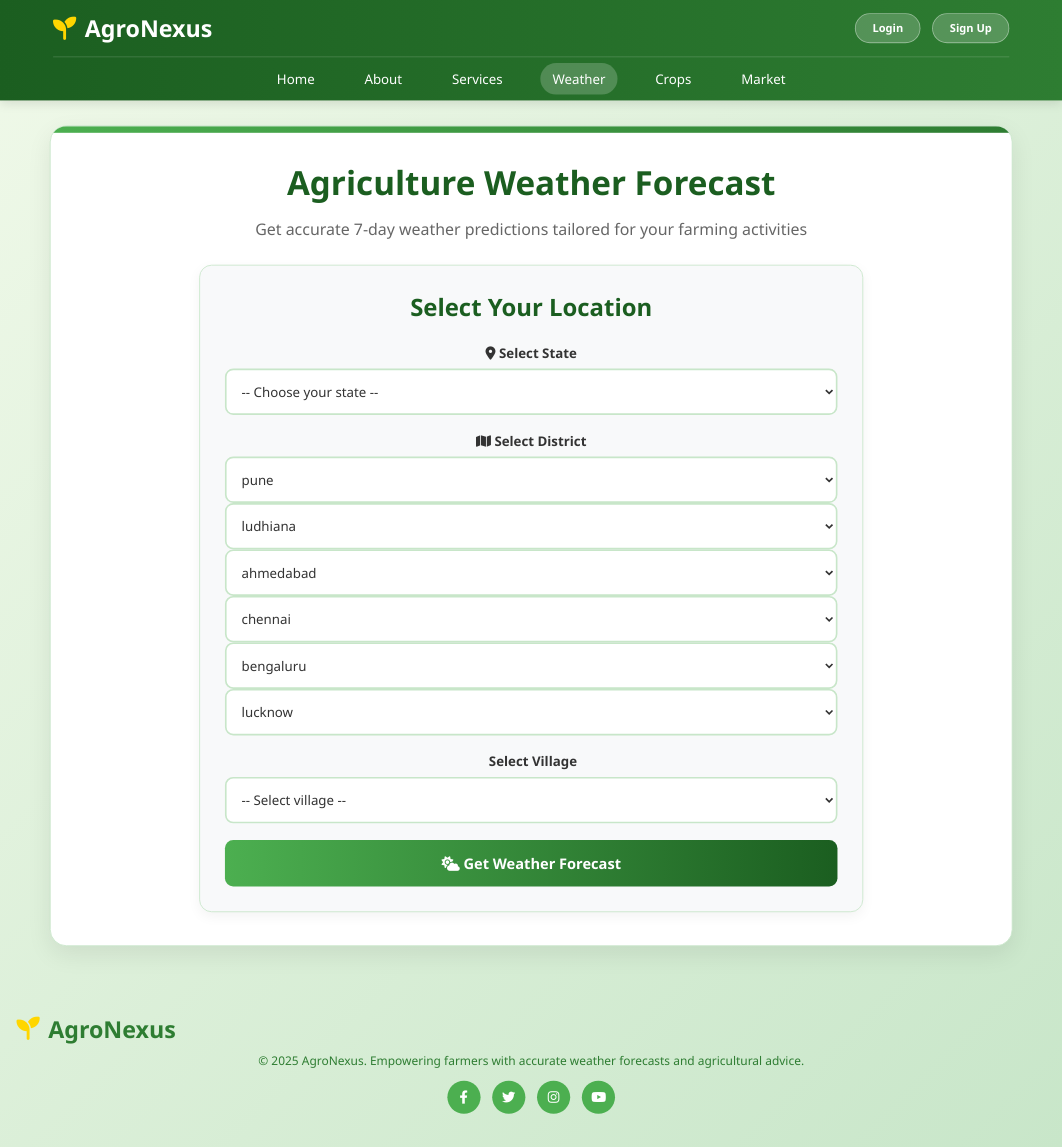
Repository: Sanika-ce/AgroNexus
Page: wheather.html
The author's editor kept a copy of each file at every save. The page is drawn from the files as they stood at one save, then again after the next save.
The browser window is 1280 px wide. The pictures show the whole page, at 83% of full size.

Above is the page before, as saved 2025-08-02 18:03:18.
Console error: TypeError: Cannot read properties of null (reading 'addEventListener')

After the next save:
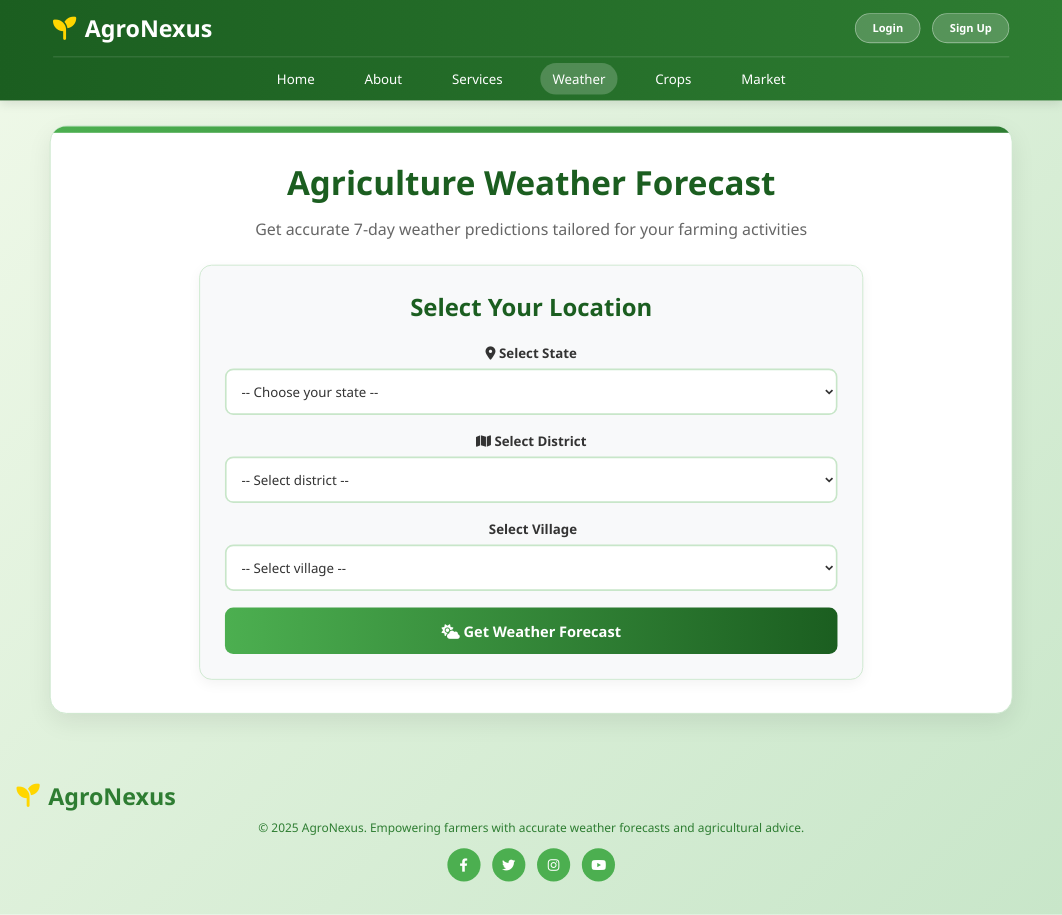
The error is gone.
Saved 112 s later.
--- a/wheather.html
+++ b/wheather.html
@@ -60,48 +60,9 @@
 
                 <div class="select-group">
                     <label for="district"><i class="fas fa-map"></i> Select District</label>
-                    <select id="Maharashtra">
-                        <option value=" pune"> pune</option>
-                        <option value=" mumbai"> mumbai</option>
-                        <option value="  nashik"> nashik</option>
-                        <option value=" nagpur"> nagpur</option>
+                    <select id="district">
+                        <option value=" pune">-- Select district --</option>
                     </select>
-
-                <select id="punjab">
-                        <option value=" ludhiana"> ludhiana</option>
-                        <option value=" amritsar"> amritsar</option>
-                        <option value="  nashik"> nashik</option>
-                        <option value="  patiala">  patiala</option>
-                    </select>
-
-
-                   <select id="gujarat">
-                        <option value=" ahmedabad"> ahmedabad</option>
-                        <option value=" surat"> surat</option>
-                        <option value="   vadodara">  vadodara</option>
-                        <option value="rajkot"> rajkot</option>
-                    </select>
-
-                 <select id="tamilnadu">
-                        <option value="  chennai">  chennai</option>
-                        <option value=" coimbatore"> coimbatore</option>
-                        <option value="   madurai"> madurai</option>
-                    </select>
-
-                <select id="karnataka">
-                        <option value="bengaluru"> bengaluru</option>
-                        <option value="mysuru">mysuru:</option>
-                        <option value="hubli:">hubli:</option>
-                    </select>
-
-
-                       <select id="karnataka">
-                        <option value=" lucknow"> lucknow</option>
-                        <option value="varanasi">varanasi</option>
-                        <option value=" agra"> agra</option>
-                    </select>
-
-
                 </div>
 
                 <div class="select-group">
